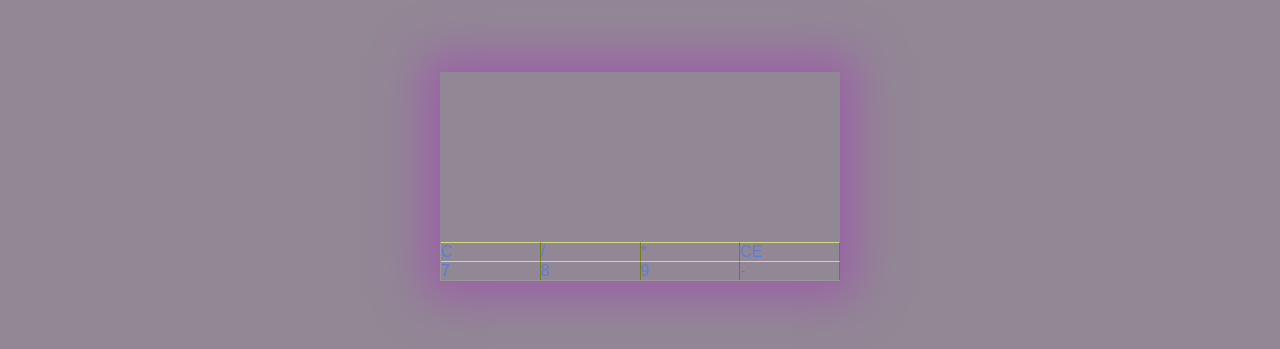
Repository: LuisMiLR/Calculatrice-with-JS---HTML---CSS-
Page: index.html
An editor plug-in stored every save of this project. The page is shown before and after the next save, followed by the edit.
The browser window is 1280 px wide. The pictures show the whole page.

Above is the page before, as saved 2023-03-20 22:17:57.

### index.html
<!DOCTYPE html>
<html lang="fr">
<head>
    <meta charset="UTF-8">
    <meta http-equiv="X-UA-Compatible" content="IE=edge">
    <meta name="viewport" content="width=device-width, initial-scale=1.0">
    <title>Calculator with javascript</title>
    <link rel="stylesheet" href="./style.css">

</head>
<body>
    <div class="container"></div>
    <script src="apps.js" type="module"></script>
</body>
</html>

### style.css
*{
    padding: 0;
    margin: 0;
    font-family: sans-serif;
    box-sizing: border-box;
    background-color: rgb(146, 135, 149);
}
.container {
    max-width: 400px;
    margin: 10vh auto 0 auto;
    box-shadow: 0px 0px 43px 17px rgb(155, 96, 167);
}

#display {
    text-align: right;
    height: 170px;
    border: #999;
    border-radius: 20%;
    line-height: 70px;
    padding: 16px 8px;
    font-size: 25px;
}

.buttons {
    display: grid;
    border-bottom: 1px solid #999;
    border-left: 1px solid#999;
    color: rgb(89, 125, 222);
    grid-template-columns: 1fr 1fr 1fr 1fr;
}

.buttons > div {
    border-top: 1px solid #d4db7b;
    border-right: 1px solid#767c18;
}

.bouton,
.bouton1,
.bouton2,
.bouton3,
.bouton4,
.bouton5,
.bouton6,
.bouton7,
.bouton8,
.bouton9,
.bouton10,
.bouton11,
.bouton12,
.bouton13,
.bouton14,
.bouton15,
.bouton16,
.bouton17,
.bouton18,
.bouton19
{
    border: 2.5px solid #19ae08;
    line-height: 63px;
    border-radius: 20%;
    text-align: center;
    font-size: 25px;
    cursor: pointer;
}

#egal {
    background-color: rgb(40, 40, 141);
    color: white;
}

.bouton:hover,
.bouton1:hover,
.bouton2:hover,
.bouton3:hover,
.bouton4:hover,
.bouton5:hover,
.bouton6:hover,
.bouton7:hover,
.bouton8:hover,
.bouton9:hover,
.bouton10:hover,
.bouton11:hover,
.bouton12:hover,
.bouton13:hover,
.bouton14:hover,
.bouton15:hover,
.bouton16:hover,
.bouton17:hover,
.bouton18:hover,
.bouton19:hover {
    background-color: rgb(105, 42, 126);
    transition: 0.5s ease-in-out;
}

### apps.js
const container = document.querySelector('.container');

const divId = document.createElement("div");
container.appendChild(divId);
divId.id = 'display';

let buttons = document.createElement("div");
buttons.classList.add("buttons");
container.appendChild(buttons);

const button = document.createElement('div');
button.className = "button";
button.textContent = "C";
buttons.appendChild(button);

const button1 = document.createElement('div');
button1.className = "button";
button1.textContent = "/";
buttons.appendChild(button1);

const button2 = document.createElement('div');
button2.className = "button";
button2.textContent = "*";
buttons.appendChild(button2);

const button3 = document.createElement('div');
button3.className = "button";
button3.textContent = "CE";
buttons.appendChild(button3);

const button4 = document.createElement('div');
button4.className = "button";
button4.textContent = "7";
buttons.appendChild(button4);

const button5 = document.createElement('div');
button5.className = "button";
button5.textContent = "8";
buttons.appendChild(button5);

const button6 = document.createElement('div');
button6.className = "button";
button6.textContent = "9";
buttons.appendChild(button6);

const button7 = document.createElement('div');
button7.className = "button";
button7.textContent = "-";
buttons.appendChild(button7);

After the next save:
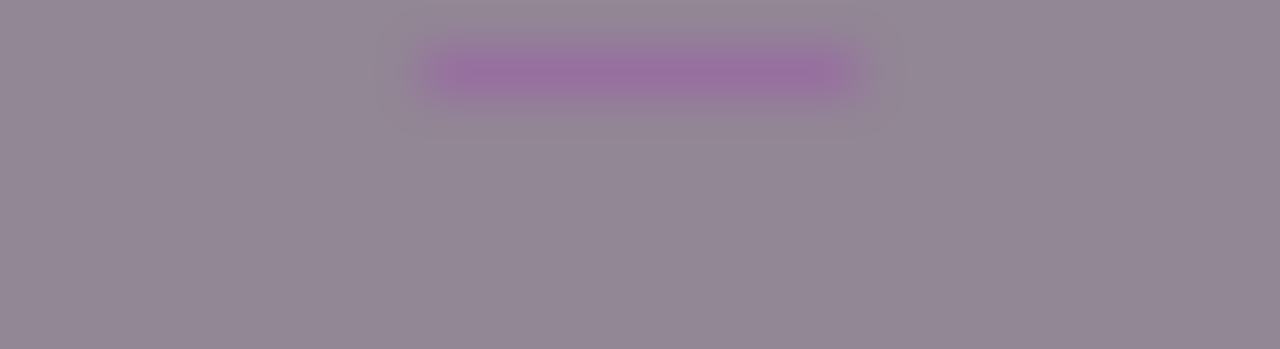
Console error: SyntaxError: Identifier 'button7' has already been declared
Saved 18 s later.
--- a/apps.js
+++ b/apps.js
@@ -47,3 +47,8 @@ const button7 = document.createElement('div');
 button7.className = "button";
 button7.textContent = "-";
 buttons.appendChild(button7);
+
+const button7 = document.createElement('div');
+button7.className = "button";
+button7.textContent = "-";
+buttons.appendChild(button7);

After the 2 saves that followed:
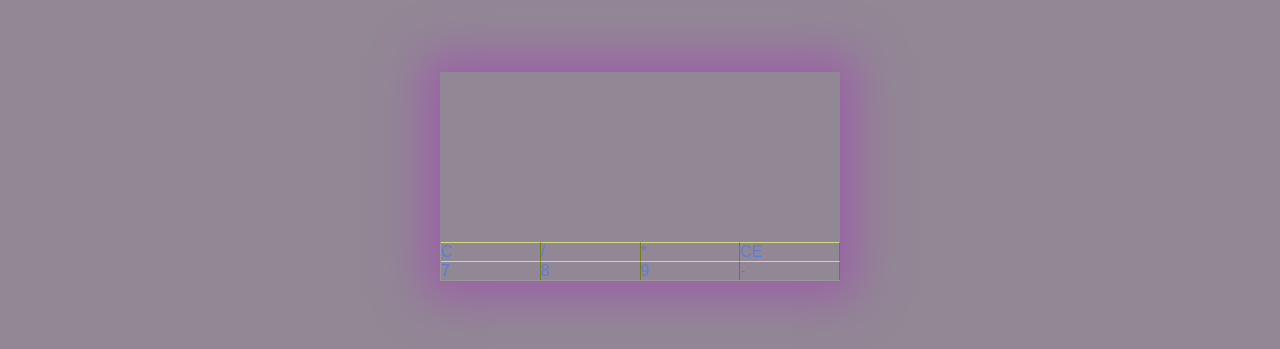
The error is gone.
The 2 saves are shown as one change because they came seconds apart.
The last was saved 7 s later.
--- a/apps.js
+++ b/apps.js
@@ -48,7 +48,7 @@ button7.className = "button";
 button7.textContent = "-";
 buttons.appendChild(button7);
 
-const button7 = document.createElement('div');
-button7.className = "button";
+const button8 = document.createElement('div');
+button8.className = "button";
 button7.textContent = "-";
 buttons.appendChild(button7);
